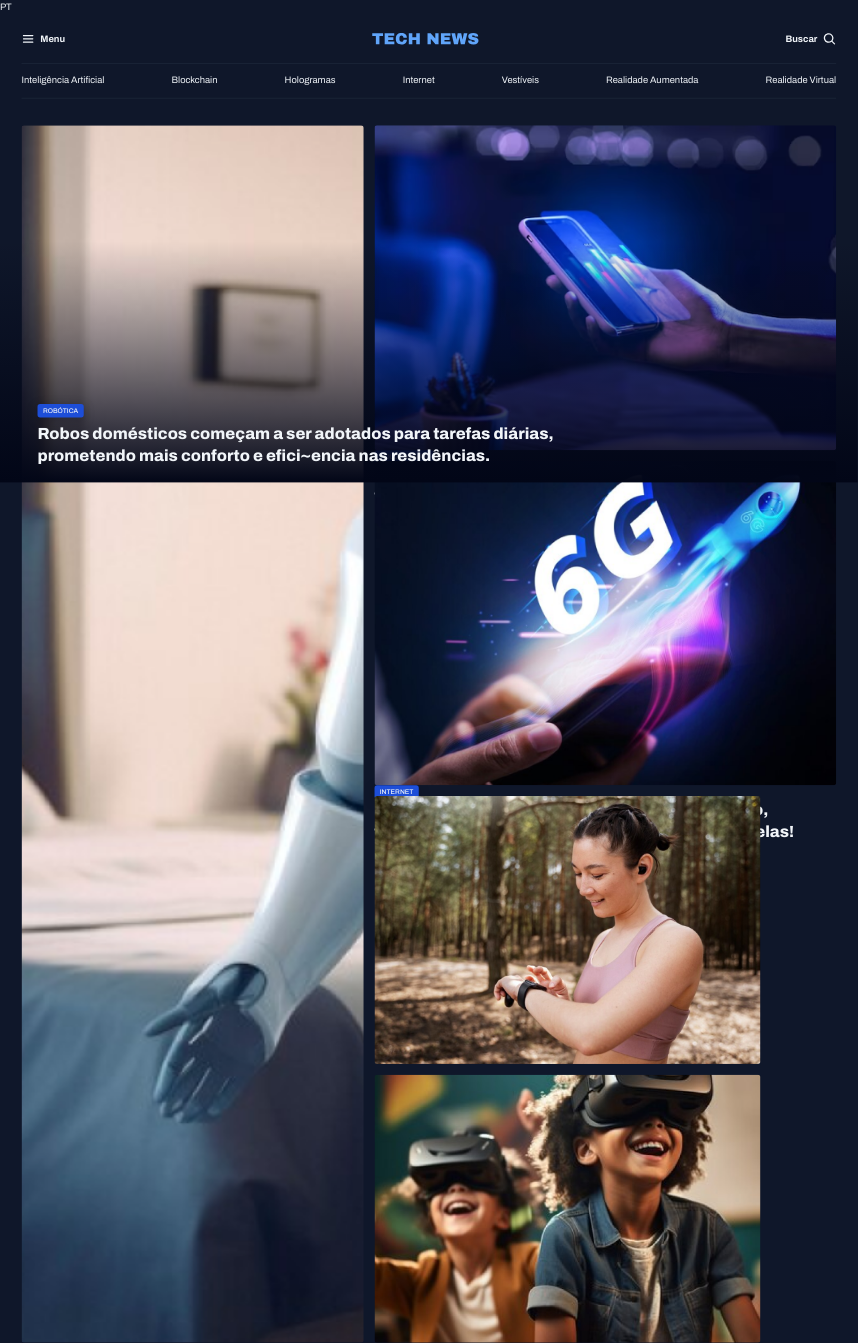
Repository: JeffRodFer/portalDeNoticias
Page: index.html
The author's editor kept a copy of each file at every save. The page is drawn from the files as they stood at one save, then again after a run of saves.
The browser window is 1280 px wide. The pictures show the whole page, at 67% of full size.

Above is the page before, as saved 2025-04-15 21:55:42.

### index.html
PT<!DOCTYPE html>
<html lang="pt-BR">
  <head>
    <link rel="preconnect" href="https://fonts.googleapis.com">
  <link rel="preconnect" href="https://fonts.gstatic.com" crossorigin>
  <meta charset="UTF-8">
  <meta name="viewport" content="width=device-width, initial-scale=1.0">
  <title>Portal de Notícias</title>
  <link rel="stylesheet" href="styles/index.css">

  <link href="https://fonts.googleapis.com/css2?family=Archivo:ital,wght@0,100..900;1,100..900&family=Bree+Serif&family=Poppins:wght@400;700&display=swap" rel="stylesheet">

</head>
<body>
  <header class="container">
    <nav id="primary" class="grid grid-flow-col">
      <div>
        <img src="assets/icons/List.svg" alt="ícone de menu">
        <strong>Menu</strong>
      </div>
        <div>
          <img src="assets/Logo (1).svg" alt="TechNews logo">
        </div>
        <div>
          <strong>Buscar</strong>
          <img src="assets/icons/MagnifyingGlass.svg" alt="ícone de lupa para pesquisa">
        </div>
    </nav>
    <nav id="secondary" class="grid grid-flow-col">
      <a href="#">Inteligência Artificial</a>
      <a href="#">Blockchain</a>
      <a href="#">Hologramas</a>
      <a href="#">Internet</a>
      <a href="#">Vestíveis</a>
      <a href="#">Realidade Aumentada</a>
      <a href="#">Realidade Virtual</a>
    </nav>
  </header>
  <main class="grid container">
    <section id="featured" class="grid grid-flow-col gap-16">
      <figure class="card">
        <img src="assets/images/Image 01.png" alt="">

        <figcaption>
          <span class="content-tag">robótica</span>
          <h2 class="text-2xl">
            Robos domésticos começam a ser adotados para tarefas diárias, <br> prometendo mais conforto e efici~encia nas residências.
          </h2>
        </figcaption>
      </figure>
      <div class="grid grid cols-2 gap-16">
        <figure>
          <img src="assets/images/Image 02.png" alt="Novo Smartphone Projetor 3D chega ao mercado, transformando a forma como vemos as nossas telas!">

          <figcaption>
            <span class="content-tag">Hologramas</span>
            <h2 class="text-2xl">
              Novo Smartphone Projetor 3D chega ao mercado, transformando a forma como vemos as nossas telas!
            </h2>
          </figcaption>
        </figure>
        <figure>
          <img src="assets/images/Image 03.png" alt="">

          <figcaption>
            <span class="content-tag">Internet</span>
            <h2 class="text-2xl">
              Novo Smartphone Projetor 3D chega ao mercado, transformando a forma como vemos as nossas telas!
            </h2>
          </figcaption>
      </figure>
        <figure>
          <img src="assets/images/Image 04.png" alt="">
        </figure>
        <figure>
          <img src="assets/images/Image 05.png" alt="">
        </figure>
      </div>
    </section>
  </main>
</body>
</html>

### styles/global.css
* {
  margin: 0;
  padding: 0;
  box-sizing: border-box;
}

:root {
  --brand-color-light: #60a5fa ;
  --brand-color-dark: #1d4ed8;
  --bg-color: #0f172a;
  --stroke-color: #1e293b;
  --text-color-primary: #f1f5f9;
  --text-color-secondary: #cbd5e1;

  --font-family: 'Archivo', sans-serif;
  --h1: 800 24px/135% var(--font-family);
  --h2: 800 16px/140% var(--font-family);
  --h3: 800 14px/140% var(--font-family);
  --text-span: 400 16px/140% var(--font-family);
  --text: 400 14px/160% var(--font-family);

}

body {
  font: var(--text);
  color: var(--text-color-primary);
  background-color: var(--bg-color);
}

a {
  text-decoration: none;
  color: inherit;
}

a:hover {
  color: var(--brand-color-light);
}

h1,h2,h3 {
  font:inherit;
}

img {
  max-width: 100%;
}

.container {
  max-width: 1280px;
  padding-inline: 32px;
  margin-inline: auto;
}
main {
  margin-top: 40px ;
}
.content-tag {
  display: inline-block;
  background-color: var(--brand-color-dark);
  padding: 4px 8px;
  border-radius: 4px;
  font: 500 10px/1.2 var(--font-family);
  text-transform: uppercase;
  color: var(--text-color-primary);
  box-shadow: 0px 4px 16px rgba(2, 3, 23, 0.251);
}

### styles/utility.css
/* utility-first */
.grid {
  display: grid;
}
.grid-flow-col {
  grid-auto-flow: column;
}

.grid-cols-2 {
  grid-template-columns: 1fr 1fr;
}

.gap-16 {
  gap: 16px;
}

.text-2xl {
  font: var(--h1);
}
.text-2x {
  font: var(--h2);
}
.text-lg {
  font: var(--h3);
}
.text-sm {
  font: var(--text-sm);
}

### styles/header.css
#primary {
  padding-block: 20px;

  div {
    display: flex;
    align-items: center;
    gap: 8px;
  }

  /* nesting css */
  div:nth-child(2) {
    margin-inline: auto;
}
div:nth-child(3) {
  justify-self: end;
}
}
#secondary {
  padding-block: 14px;
  border: solid 1px var(--stroke-color);
  border-inline: none;
  justify-content: space-between;
}

### styles/sections.css
#featured {
  img {
    height: 100%;
    object-fit: cover;
    border-radius: 4px;
  }
.card {
  border-radius: 4px;
  overflow: hidden;
  object-fit: relative;

  &::before {
   content: "";
   position: absolute;
   inset: 0;
   top: 50%;
   background: linear-gradient(
    180deg,
    transparent 0%,
    #020617 100%
   );
  }
  figcaption {
    position: absolute;
    bottom: 0;

    padding: 24px;

    h2 {
      margin-top: 8px;
    }
  }
}
}

Loaded but not shown: styles/index.css (common file)

After the next 5 saves:
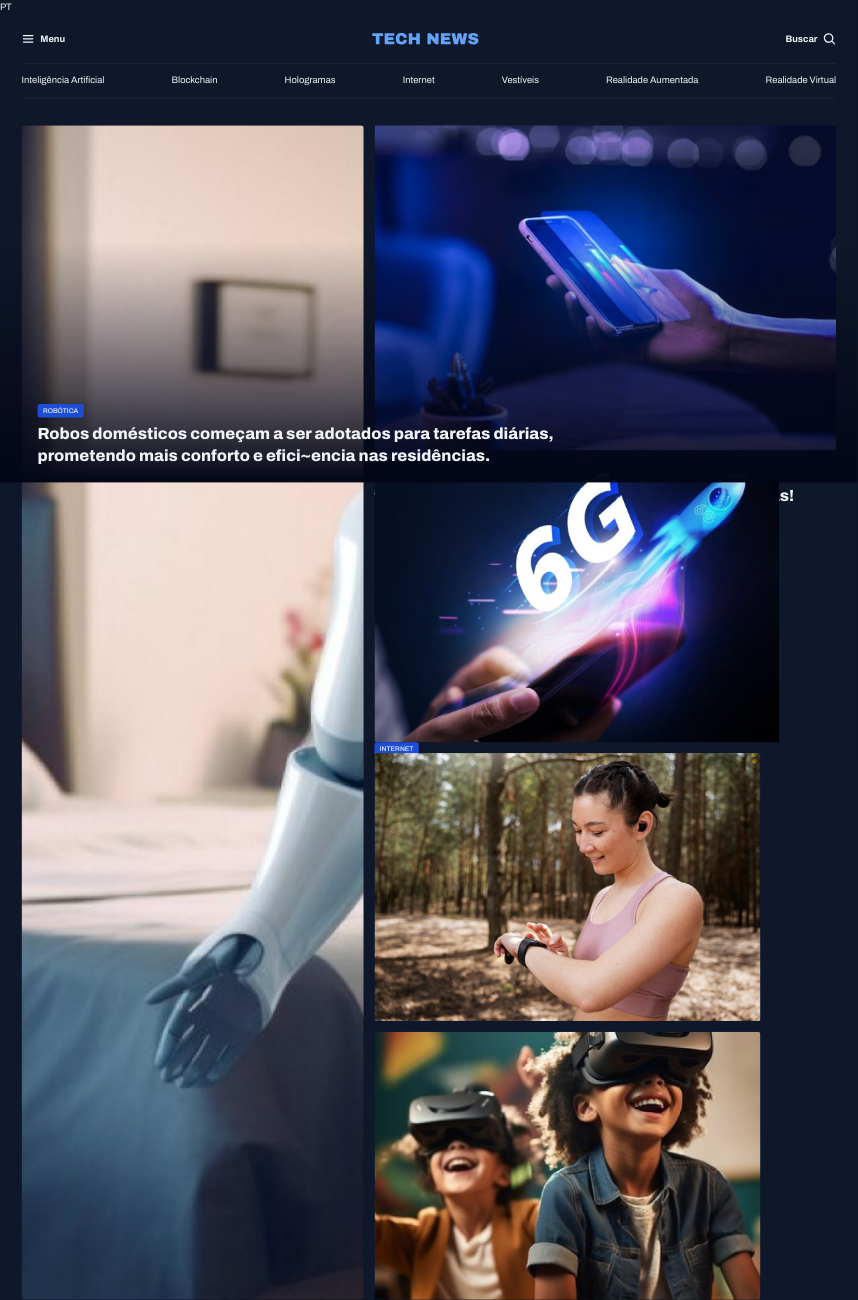
The 5 saves are shown as one change because they came seconds apart.
The last was saved 26 s later.
--- a/index.html
+++ b/index.html
@@ -65,7 +65,7 @@ PT<!DOCTYPE html>
           <figcaption>
             <span class="content-tag">Internet</span>
             <h2 class="text-2xl">
-              Novo Smartphone Projetor 3D chega ao mercado, transformando a forma como vemos as nossas telas!
+
             </h2>
           </figcaption>
       </figure>
